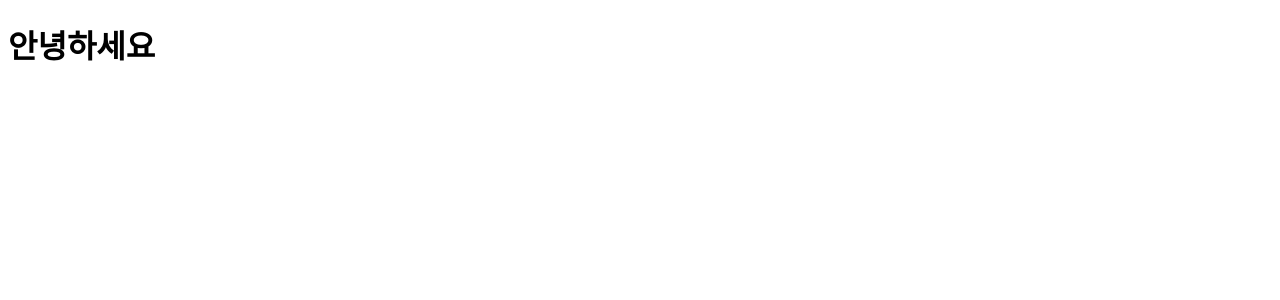
Repository: hiiiiiilim/Servlet-JSP-Workspace
Page: http://localhost/join/register.jsp
The author's editor kept a copy of each file at every save. The page is drawn from the files as they stood at one save, then again after the next save.
The browser window is 1280 px wide. The pictures show the whole page.
The page is served by Tomcat 9. Other server files are loaded and not shown.

Above is the page before, as saved 2023-11-07 00:33:25.

### join/src/main/webapp/register.jsp
<%@ page language="java" contentType="text/html; charset=EUC-KR"
    pageEncoding="EUC-KR"%>
<!DOCTYPE html>
<html>
<head>
<meta charset="EUC-KR">
<title>Insert title here</title>
</head>
<body>
<h1>안녕하세요</h1>
</body>
</html>

After the next save:
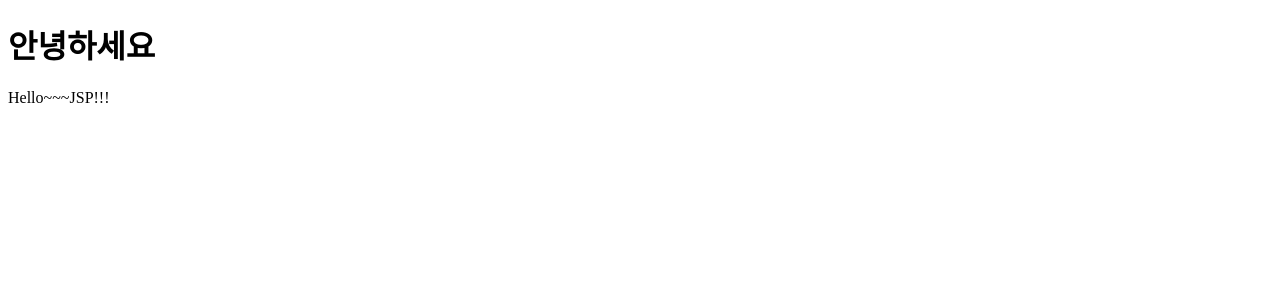
Saved 4 min 5 s later.
--- a/join/src/main/webapp/register.jsp
+++ b/join/src/main/webapp/register.jsp
@@ -8,5 +8,9 @@
 </head>
 <body>
 <h1>안녕하세요</h1>
+<%
+	String msg = "Hello~~~JSP!!!";
+	out.println(msg);
+%>
 </body>
 </html>
